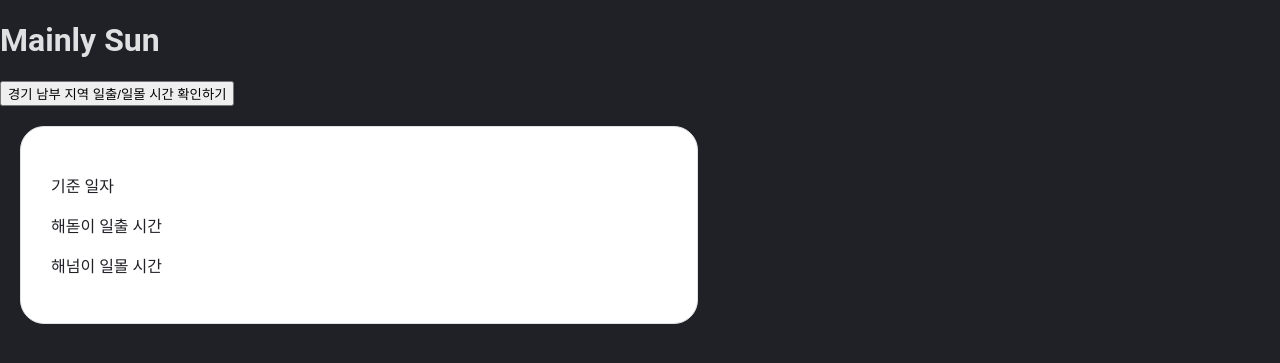
Repository: M1NARTY/WebProgramming
Page: sunsetSunrise.html
The author's editor kept a copy of each file at every save. The page is drawn from the files as they stood at one save, then again after the next save.
The browser window is 1280 px wide. The pictures show the whole page.

Above is the page before, as saved 2023-12-21 00:34:29.
Console error: ReferenceError: doucument is not defined

After the next save:
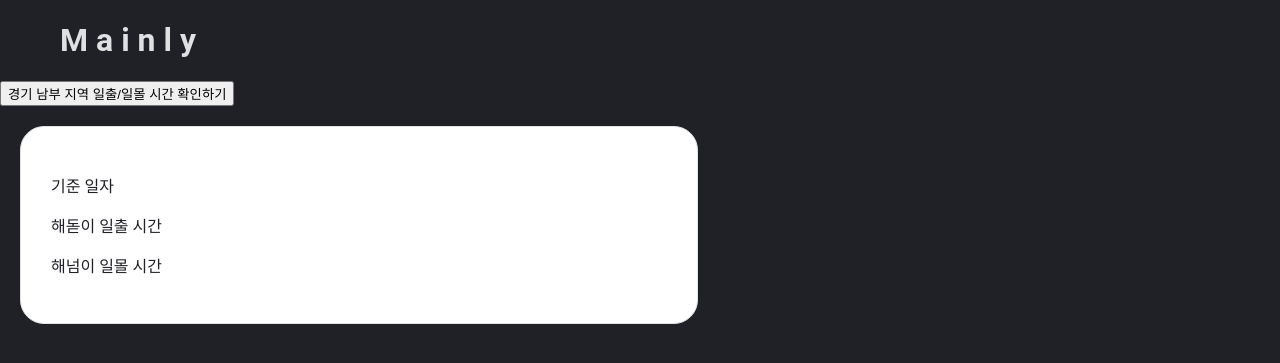
Saved 8 s later.
--- a/sunsetSunrise.html
+++ b/sunsetSunrise.html
@@ -8,7 +8,12 @@
     </head>
     <body>
         <h1 class="title">
-            <h1>Mainly Sun</h1>
+            <span>M</span>
+            <span>a</span>
+            <span>i</span>
+            <span>n</span>
+            <span>l</span>
+            <span>y</span>
         </h1>
         <div class="button">
             <button type="button" id="btn">경기 남부 지역 일출/일몰 시간 확인하기</button>
